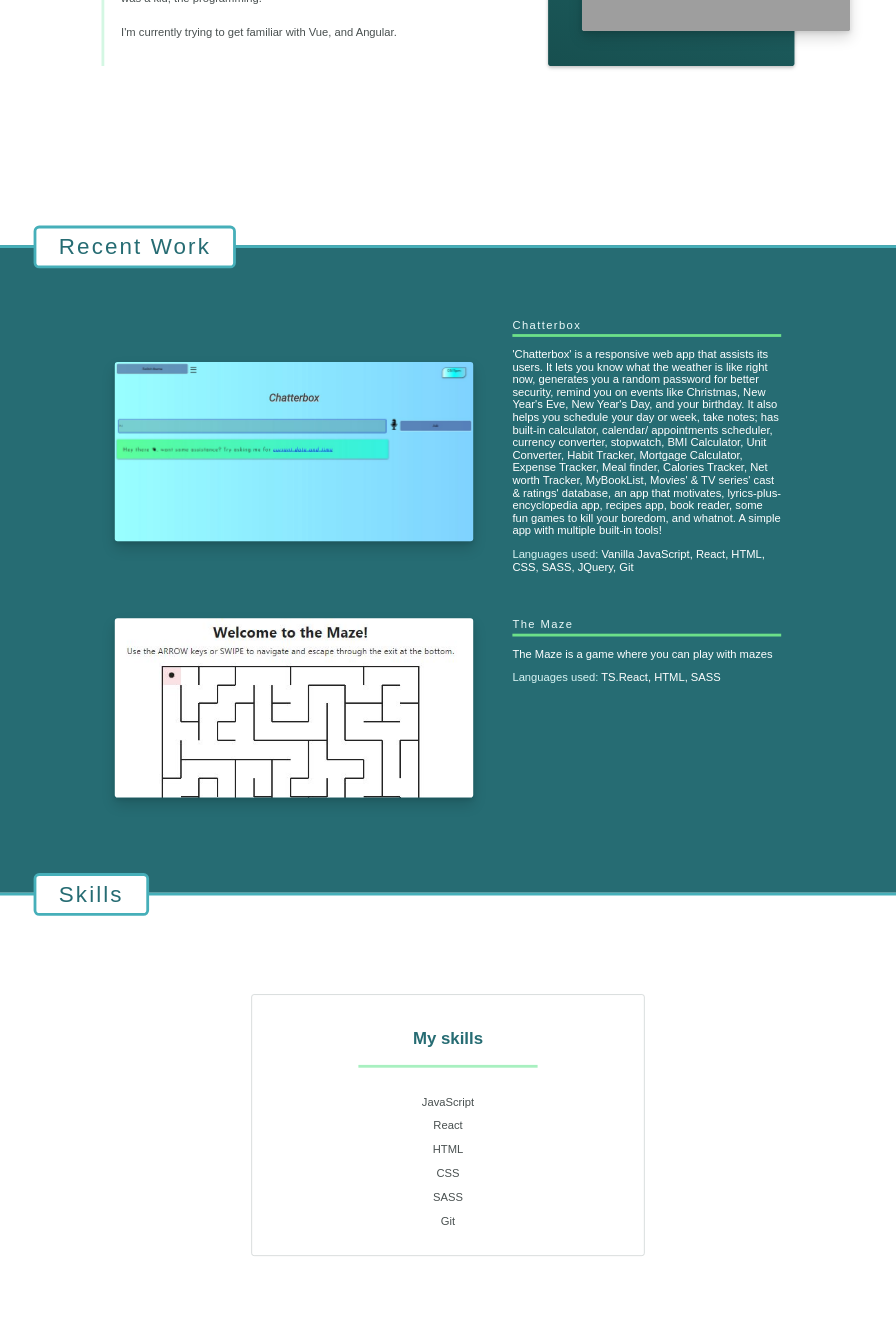
Repository: Abbaskhurram255/port
Page: /
These files come from the project's save history. The page is drawn as it stood at one moment and after the next save; the edit follows.
The browser window is 1280 px wide. The pictures show the part of the page from y = 516 to 2436 px (the page is 2782 px tall), at 70% of full size.
Pictures or frames that could not be fetched are drawn as grey boxes. The page's requests for data from a server got no answer. Some web fonts or font styles are not loaded; a fallback is used. Some web libraries are served in a nearby version. The project was rebuilt for these pictures with package versions that can differ from the ones it lists, and the page was loaded fresh each time. No one was signed in, and anything a server would have sent is missing.

Above is the page before, as saved 2020-12-03 23:15:07.

After the next save:
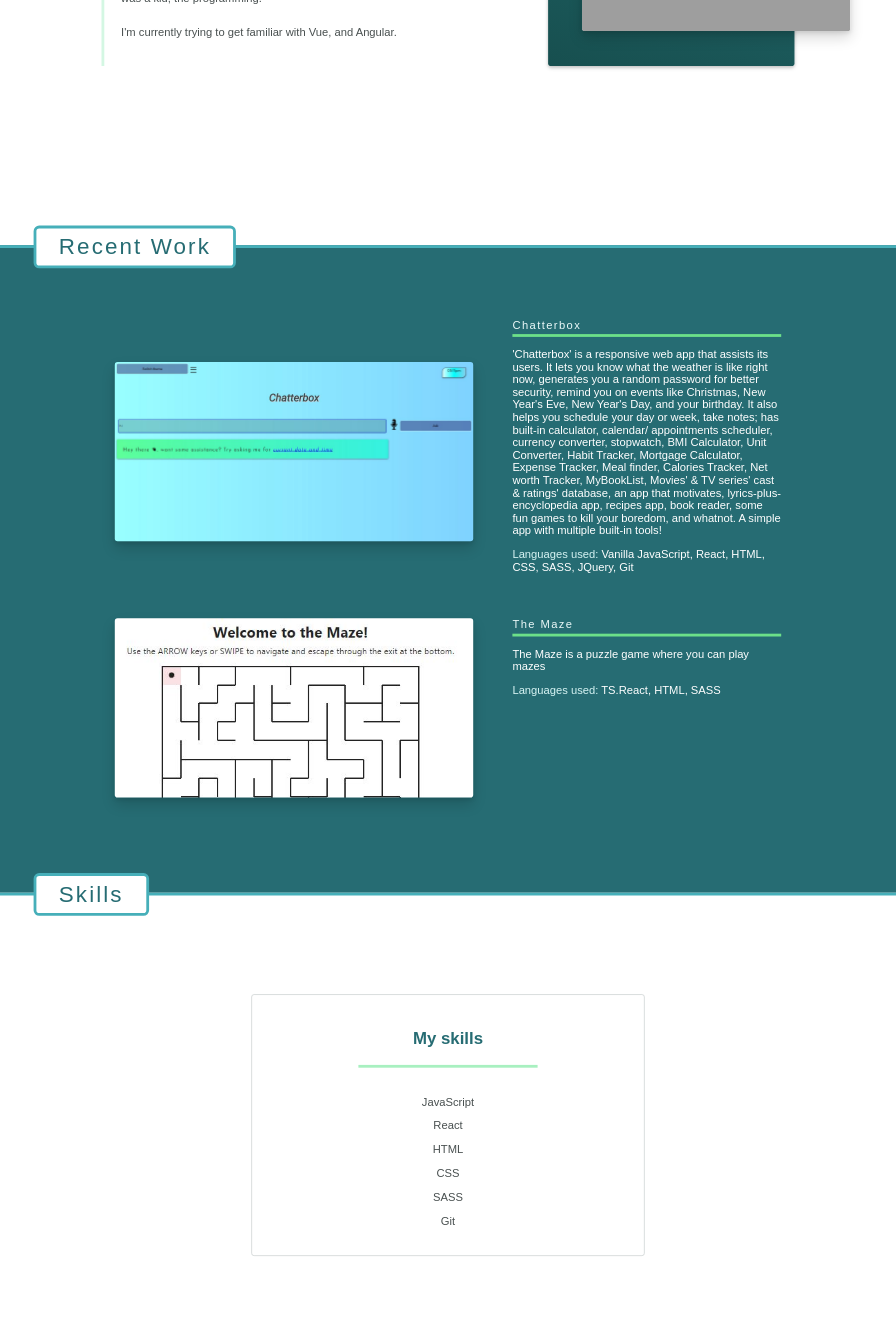
Saved 16 s later.
--- a/src/utils/data.ts
+++ b/src/utils/data.ts
@@ -20,7 +20,7 @@
   },
   {
     description:
-      "The Maze is a game where you can play with mazes",
+      "The Maze is a puzzle game where you can play mazes",
     image: "maze",
     name: "The Maze",
     sourceCode: "https://github.com/Abbaskhurram255/maze/",
